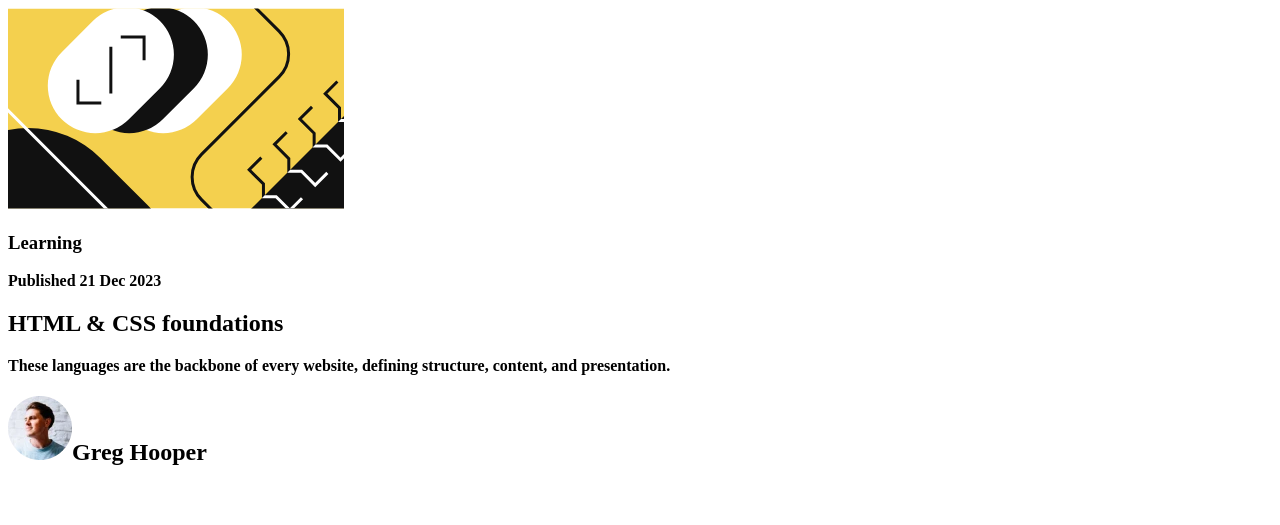
Repository: reemoon-ctrl/blog-preview-card
Page: index.html
These files come from the project's save history. The page is drawn as it stood at one moment and after the next save; the edit follows.
The browser window is 1280 px wide. The pictures show the whole page.

Above is the page before, as saved 2024-07-19 13:35:30.

After the next save:
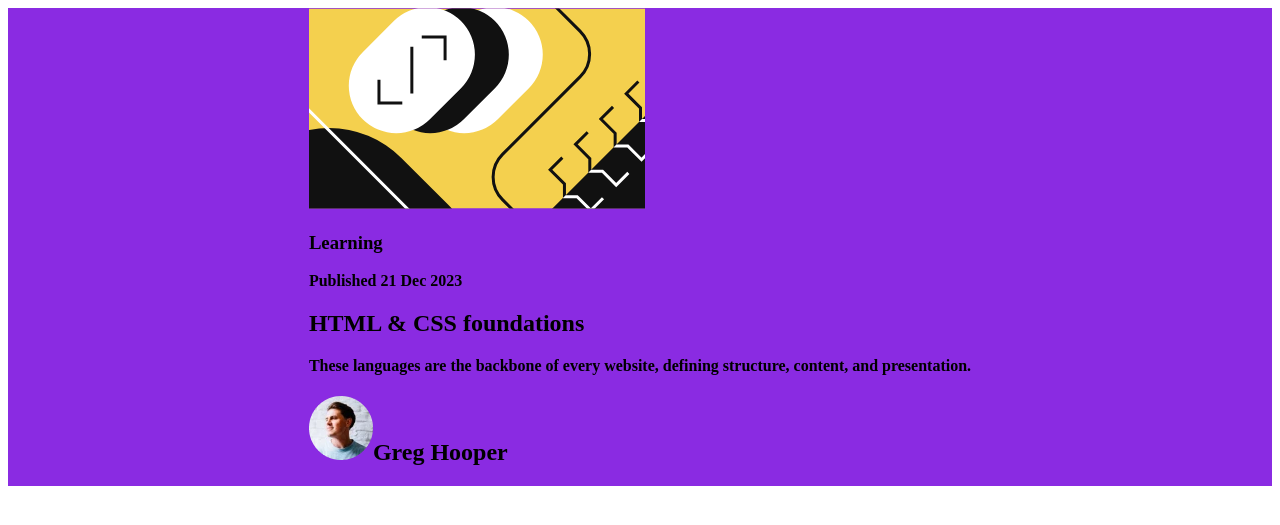
Saved 26 s later.
--- a/index.html
+++ b/index.html
@@ -2,7 +2,7 @@
 <html>
     <head>
         <title>Frontend Mentor | Blog preview card</title>
-        <link rel="stylesheet" href="" />
+        <link rel="stylesheet" href="index.css" />
 
 
     </head>

After the save that followed:
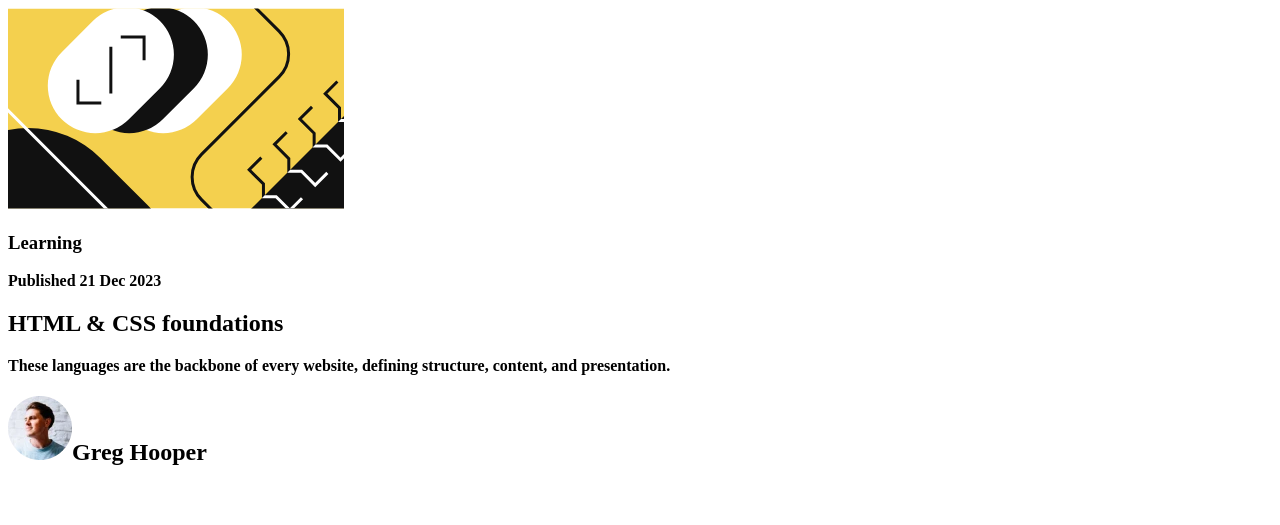
Saved 37 s later.
--- a/index.html
+++ b/index.html
@@ -2,7 +2,7 @@
 <html>
     <head>
         <title>Frontend Mentor | Blog preview card</title>
-        <link rel="stylesheet" href="index.css" />
+        <link rel="stylesheet" src="index.css" />
 
 
     </head>
